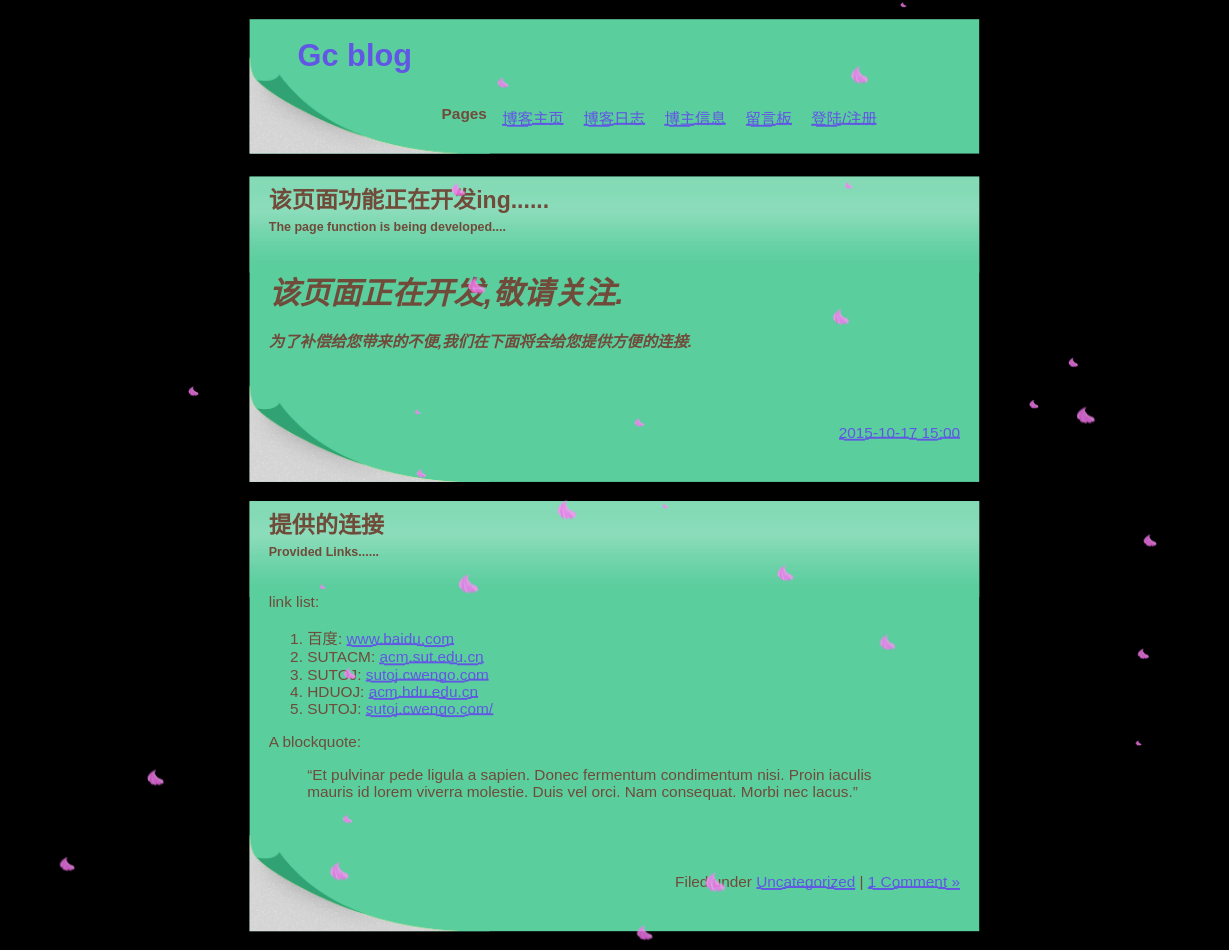
Repository: SUT-GC/myblog_linux
Page: myblog/myblog/WebContent/jsp/prompt/prompt.html
The author's editor kept a copy of each file at every save. The page is drawn from the files as they stood at one save, then again after a run of saves.
The browser window is 1280 px wide. The pictures show the whole page, at 96% of full size.

Above is the page before, as saved 2015-10-17 06:59:38.

After the next 2 saves:
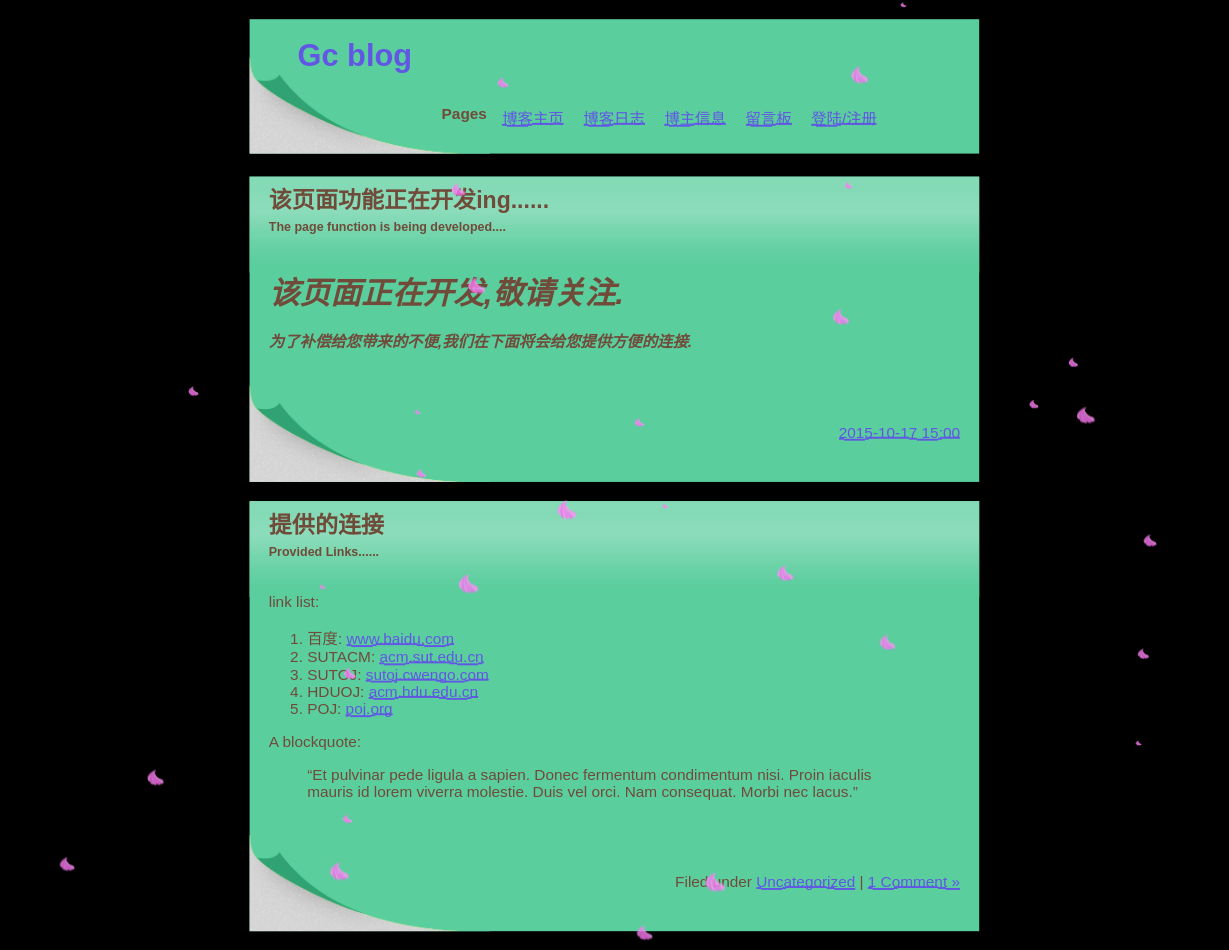
The 2 saves are shown as one change because they came seconds apart.
The last was saved 29 s later.
--- a/myblog/myblog/WebContent/jsp/prompt/prompt.html
+++ b/myblog/myblog/WebContent/jsp/prompt/prompt.html
@@ -55,7 +55,7 @@ body {
 					<li>SUTACM: <a href="https://acm.sut.edu.cn">acm.sut.edu.cn</a></li>
 					<li>SUTOJ: <a href="http://sutoj.cwengo.com/">sutoj.cwengo.com</a></li>
 					<li>HDUOJ: <a href="http://acm.hdu.edu.cn/">acm.hdu.edu.cn </a></li>
-					<li>SUTOJ: <a href="http://sutoj.cwengo.com/">sutoj.cwengo.com/</a></li>
+					<li>POJ: <a href="http://poj.org/">poj.org</a></li>
 				</ol>
 				<p>A blockquote: </p>
 				<blockquote>
